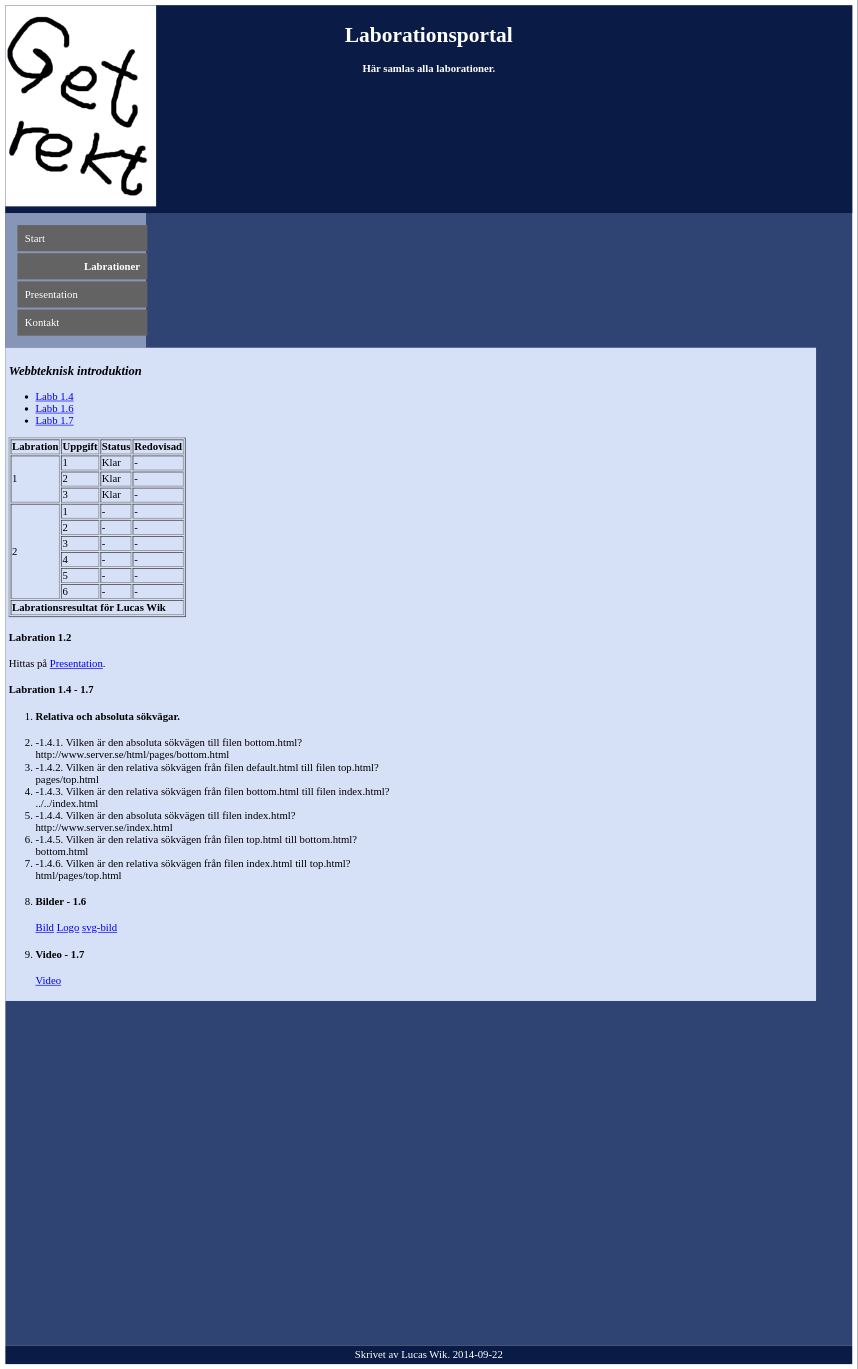
Repository: lw222gz/1ik415-laborationer
Page: Pages/labrationer.html
The author's editor kept a record of every edit. The page is drawn from the files as they stood at one moment, then again after the next edit.
The browser window is 1280 px wide. The pictures show the whole page, at 67% of full size.

Above is the page before.

### Pages/labrationer.html
<!doctype html>
<html lang="sv">
    <head>
        <meta charset="utf-8" />
        <link rel="stylesheet" href="../Css/Style.css" />
        <title>labrationer</title>
    </head>
<body>
<div id="container">
<div id="header">
<h1>Laborationsportal</h1>

<strong>Här samlas alla laborationer.</strong>
</div>

<div id="navigator">
<ul>
    <li><a href="../index.html">Start</a></li>
    <li class="active"><a href="labrationer.html">Labrationer</a></li>
    <li><a href="presentation.html">Presentation</a></li>
    <li><a href="kontakt.html">Kontakt</a></li>
</ul>
</div>

<div id="content">
<h3>Webbteknisk introduktion</h3>
<ul>
    <li><a href="#1.4">Labb 1.4</a></li>
    <li><a href="#1.6">Labb 1.6</a></li>
    <li><a href="#1.7">Labb 1.7</a></li>
</ul>

<table border="1">
    <thead>
    <tr>
        <th>Labration</th>
        <th>Uppgift</th>
        <th>Status</th>
        <th>Redovisad</th>
    </tr>
    </thead>

    <tfoot>
    <tr>
        <th colspan="4">Labrationsresultat för Lucas Wik</th>
    </tr>
    </tfoot>

    <tbody>
    <tr>
    <td rowspan="3">1</td>
        <td>1</td>
        <td>Klar</td>
        <td>-</td>
    </tr>
    <tr>
        <td>2</td>
        <td>Klar</td>
        <td>-</td>
    </tr>
    <tr>
        <td>3</td>
        <td>Klar</td>
        <td>-</td>
    </tr>
    <tr>
        <td rowspan="6">2</td>
        <td>1</td>
        <td>-</td>
        <td>-</td>
    </tr>
    <tr>
        <td>2</td>
        <td>-</td>
        <td>-</td>
    </tr>
    <tr>
        <td>3</td>
        <td>-</td>
        <td>-</td>
    </tr>
    <tr>
        <td>4</td>
        <td>-</td>
        <td>-</td>
    </tr>
    <tr>
        <td>5</td>
        <td>-</td>
        <td>-</td>
    </tr>
    <tr>
        <td>6</td>
        <td>-</td>
        <td>-</td>
    </tr>
    </tbody>

</table>


<h4>Labration 1.2</h4>
Hittas på <a href="presentation.html">Presentation</a>.



<h4>Labration 1.4 - 1.7</h4>
<ol>
    <li><a id="1.4"></a><h4>Relativa och absoluta sökvägar.</h4>
        <li>-1.4.1. Vilken är den absoluta sökvägen till filen bottom.html?<br />
                http://www.server.se/html/pages/bottom.html</li>

        <li>-1.4.2. Vilken är den relativa sökvägen från filen default.html till filen top.html?<br />
                pages/top.html</li>

        <li>-1.4.3. Vilken är den relativa sökvägen från filen bottom.html till filen index.html?<br />
                ../../index.html</li>

        <li>-1.4.4. Vilken är den absoluta sökvägen till filen index.html?<br />
                http://www.server.se/index.html</li>

        <li>-1.4.5. Vilken är den relativa sökvägen från filen top.html till bottom.html?<br />
                bottom.html</li>

        <li>-1.4.6. Vilken är den relativa sökvägen från filen index.html till top.html?<br />
                html/pages/top.html</li>


    <li><a id="1.6"></a><h4>Bilder - 1.6</h4>
        <a href="presentation.html#bild">Bild</a>
        <a href="../Pics/get%20rekt.png">Logo</a>
        <a href="../index.html#grsm">svg-bild</a>
    </li>
    <li><a id="1.7"></a><h4>Video - 1.7</h4>
        <a href="https://1ik415-laborationer-c9-lw222gz_1.c9.io/Videos/index.html#Video">Video</a>
    </li>
</ol>
</div>
</div>
<div id="footer">
    Skrivet av Lucas Wik. 2014-09-22
</div>
</body>
</html>

### Css/Style.css
#header {
        background-color:#0A1C46;
        color:white;
        height:300px;
        text-align:center;
        padding:5px;

        background-image:url(Pics/get%20rekt.png);
        background-position:top left;
        background-repeat: no-repeat;
        background-size:225px 300px;
        }

#navigator
        {
        float:left;
        width:200px;
        height:auto;
        background-color:#8795B6;
        color:black;
        padding:5px;
        }

#container
        {
        background-color:#304474;
        height:2000px;
        }

#content
        {
        float:left;
        margin:0px;
        position:inherit;
        width:1200px;
        text-align:left;
        background-color:#D6E0F7;
        padding:5px;
        }

#footer
        {
        text-align:center;
        background-color:#0A1C46;
        color:white;
        padding:5px;
        }

#horizontal
        {
                height:1px;
                width:100%;
                margin-top:5px;
                margin-bottom:5px;
                background-color:#3D3D56;
        }


#navigator ul
        {
                margin:5px;
                padding:5px;
                width:200px;
                list-style-type:none;
        }

#navigator ul li a
        {
                text-decoration: none;
                color:white;
                margin:3px;
                padding:10.5px 11px;
                background-color:#636363;
                display:block;
        }

#navigator ul li a:visited
        {
                color:#0944CA;
        }

#navigator ul li a:hover, navigator ul li .current
        {
                 color:white;
                 background-color:#1C1D1F;
        }



.active
{
     font-weight:bold;
     text-align:right;
}

.bild
{
        background-image:url(Pics/kugghjul.png);
        background-repeat: no-repeat;
        background-position:top left;
        background-size:25px 25px;
        text-indent:40px;
}

.right
{
        float:right;
}

h2
{
        font-style:italic;
        text-decoration:underline;
}

h3
{
        font-style:oblique;
}

After the next edit:
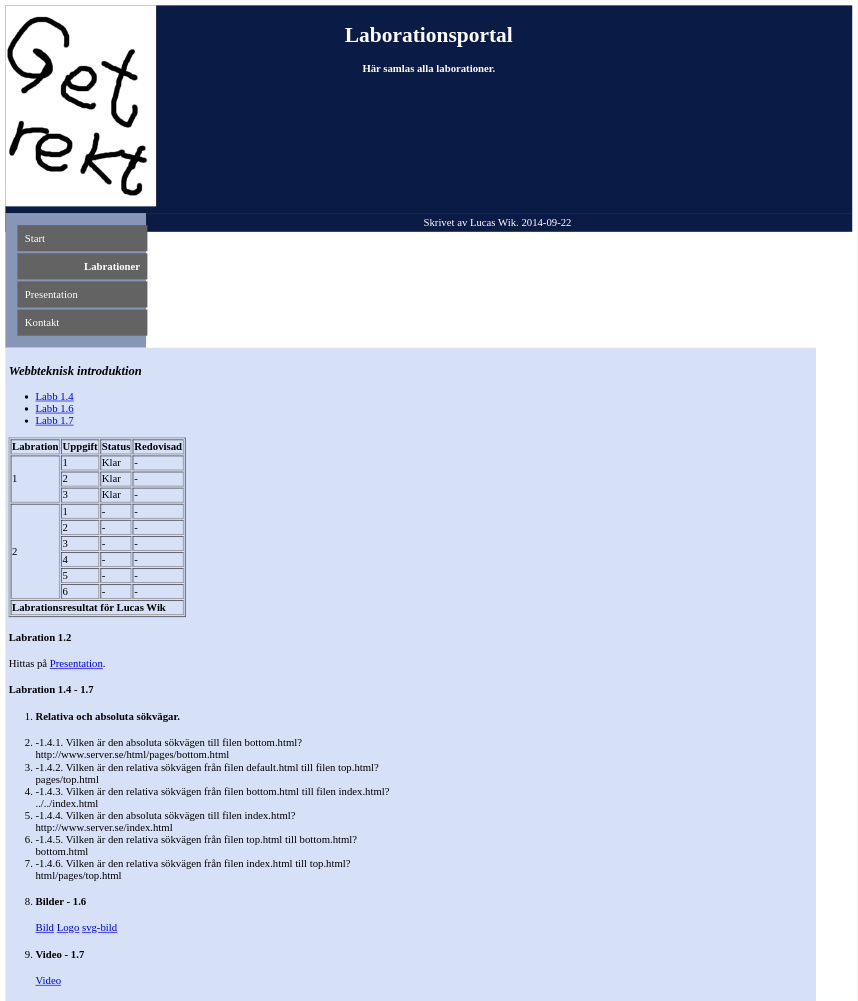
The edit:
--- a/Pages/labrationer.html
+++ b/Pages/labrationer.html
@@ -6,7 +6,7 @@
         <title>labrationer</title>
     </head>
 <body>
-<div id="container">
+
 <div id="header">
 <h1>Laborationsportal</h1>
 

After the edit that followed:
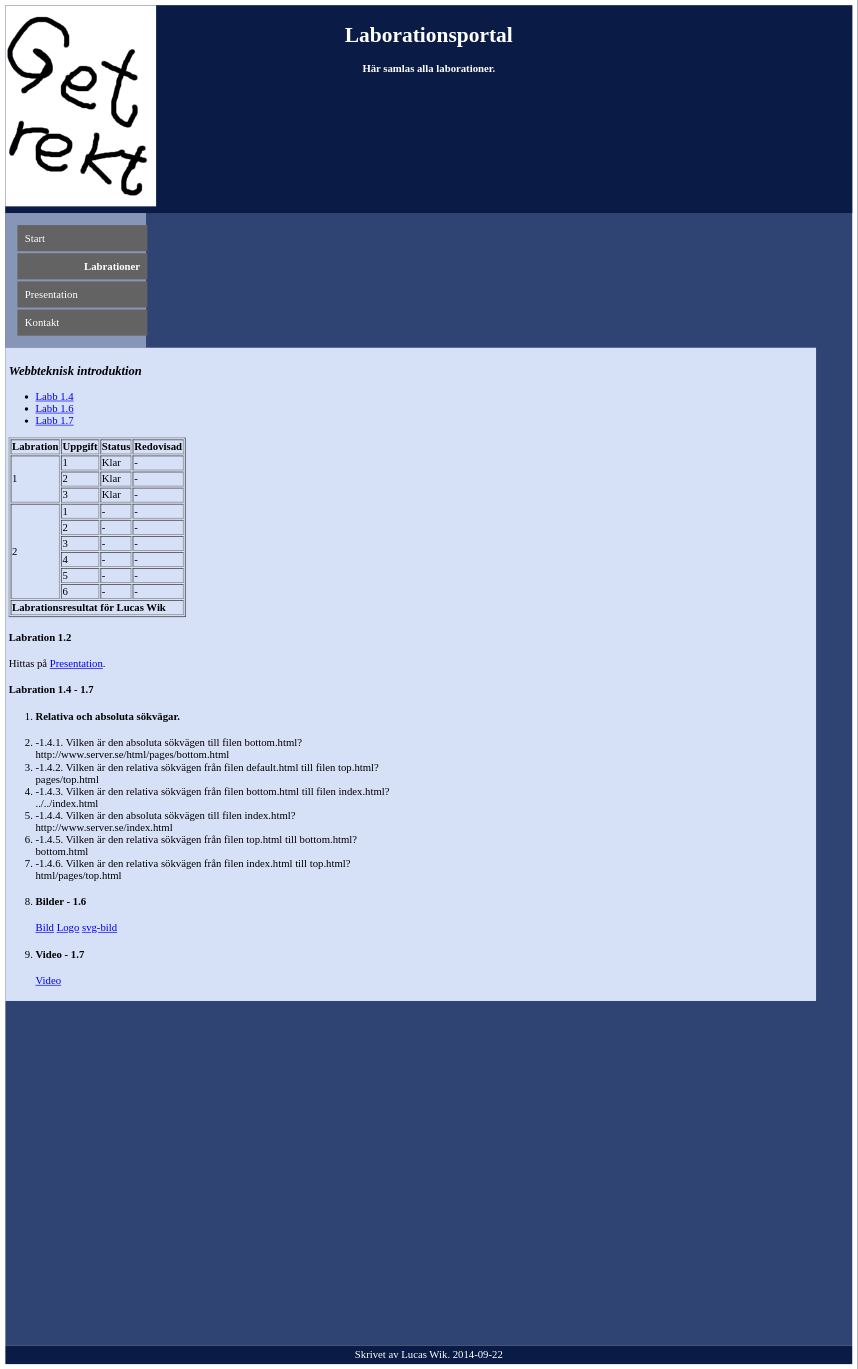
The edit:
--- a/Pages/labrationer.html
+++ b/Pages/labrationer.html
@@ -6,7 +6,7 @@
         <title>labrationer</title>
     </head>
 <body>
-
+<div id="container">
 <div id="header">
 <h1>Laborationsportal</h1>
 
